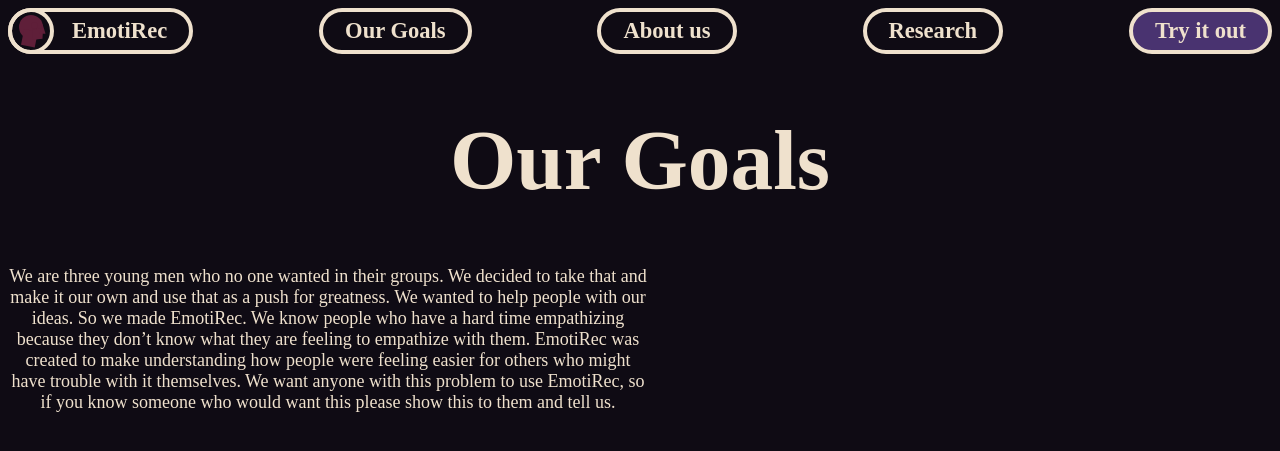
Repository: Backbranch/EmoRecog---Research-Project-2024
Page: Pages/Our_Goals/index.html
An editor plug-in stored every save of this project. The page is shown before and after the next save, followed by the edit.
The browser window is 1280 px wide. The pictures show the whole page.
Some web fonts or font styles are not loaded; a fallback is used.

Above is the page before, as saved 2024-04-11 20:47:01.

### Pages/Our_Goals/index.html
<!DOCTYPE html>
<html>
<head>
    <link rel="stylesheet" href="./style.css" />
    <style>
        @import url('https://fonts.googleapis.com/css2?family=Oxygen+Mono&family=Rufina:wght@400;700&display=swap')
    </style>
</head>
<body>
    <div style = "display: flex; width: 100%; justify-content: space-between;">
        <a href="../" style="text-decoration: none;"><div style="display:flex; width: min-content; height: 38px; background: #0F0B14; border-radius: 26px; border: 4px #EFE1CD solid; text-align:left;"><svg style="margin-top: -4px; margin-left: -4px;" width="46" height="46" viewBox="0 0 46 46" fill="none" xmlns="http://www.w3.org/2000/svg">
          <g id="Component 3">
          <circle id="Ellipse 2" cx="23" cy="23" r="21" stroke="#EFE1CD" stroke-width="4"/>
          <circle id="Ellipse 3" cx="23" cy="19" r="12" fill="#5F1F39"/>
          <rect id="Rectangle 7" x="16.1661" y="21" width="14" height="16" transform="rotate(11.4131 16.1661 21)" fill="#5F1F39"/>
          <path id="Polygon 1" d="M34.9862 20.3098L34.5138 30.8648L24.0138 32.0393L24.4862 21.4844L34.9862 20.3098Z" fill="#5F1F39"/>
          <path id="Polygon 2" d="M34.5 16L37.5311 25.75H31.4689L34.5 16Z" fill="#5F1F39"/>
          <circle id="Ellipse 4" cx="26.5" cy="17.5" r="3.25" fill="#5F1F39" stroke="#5F1F39" stroke-width="0.5"/>
          </g>
          </svg><div style="width: max-content; height: min-content; text-align: center; color: #EFE1CD; font-size: 22.56px; font-family: Rufina; font-weight: 700; align-self: center; margin-left: 18px; margin-right: 22px;">EmotiRec</div></div></a>
          <a href="../Our_Goals" style="text-decoration: none;"><div style="display:flex; width: max-content; height: 38px; background: #0F0B14; border-radius: 26px; border: 4px #EFE1CD solid; text-align:left;"><div style="width: max-content; height: min-content; text-align: center; color: #EFE1CD; font-size: 22.56px; font-family: Rufina; font-weight: 700; align-self: center; margin-left: 22px; margin-right: 22px;">Our Goals</div></div></a>
          <a href="../About_Us" style="text-decoration: none;"><div style="display:flex; width: max-content; height: 38px; background: #0F0B14; border-radius: 26px; border: 4px #EFE1CD solid; text-align:left;"><div style="width: max-content; height: min-content; text-align: center; color: #EFE1CD; font-size: 22.56px; font-family: Rufina; font-weight: 700; align-self: center; margin-left: 22px; margin-right: 22px;">About us</div></div></a>
          <a href="../Research" style="text-decoration: none;"><div style="display:flex; width: max-content; height: 38px; background: #0F0B14; border-radius: 26px; border: 4px #EFE1CD solid; text-align:left;"><div style="width: max-content; height: min-content; text-align: center; color: #EFE1CD; font-size: 22.56px; font-family: Rufina; font-weight: 700; align-self: center; margin-left: 22px; margin-right: 22px;">Research</div></div></a>
          <a href="../EmoRecog_Final" style="text-decoration: none;"><div style="display:flex; width: max-content; height: 38px; background: #493370; border-radius: 26px; border: 4px #EFE1CD solid; text-align:left;"><div style="width: max-content; height: min-content; text-align: center; color: #EFE1CD; font-size: 22.56px; font-family: Rufina; font-weight: 700; align-self: center; margin-left: 22px; margin-right: 22px;">Try it out</div></div></a>
        </div>
        <h1>Our Goals</h1>
        <p>We are three young men who no one wanted in their groups. We decided to take that and make it our own and use that as a push for greatness. We wanted to help people with our ideas. So we made EmotiRec. We know people who have a hard time empathizing because they don’t know what they are feeling to empathize with them. EmotiRec was created to make understanding how people were feeling easier for others who might have trouble with it themselves. We want anyone with this problem to use EmotiRec, so if you know someone who would want this please show this to them and tell us.</p>
            </body>
            </html>

### Pages/Our_Goals/style.css
:root{
  --text: #efe1cd;
  --background: #0f0b14;
  --primary: #493370;
  --secondary: #331b41;
  --accent: #5f1f39;
}

body{
  text-align: center;
  position: relative;
  background: #0F0B14;
  overflow:hidden;
}

h1{
  font-family: 'Rufina', serif;
  font-weight: 700;
  font-size: 64pt;
  color: var(--text);
}

h2{
font-family: 'Rufina', serif;
font-weight: 700;
font-size: 64px;
color: var(--text);
margin: 23px 0 23px;
}

p{
  display: block;
  color: #EFE1CD;
  font-size: 18px;
  font-family: Oxygen Mono;
  font-weight: 400;
  word-wrap: break-word;
  width: 640px;
}

After the next save:
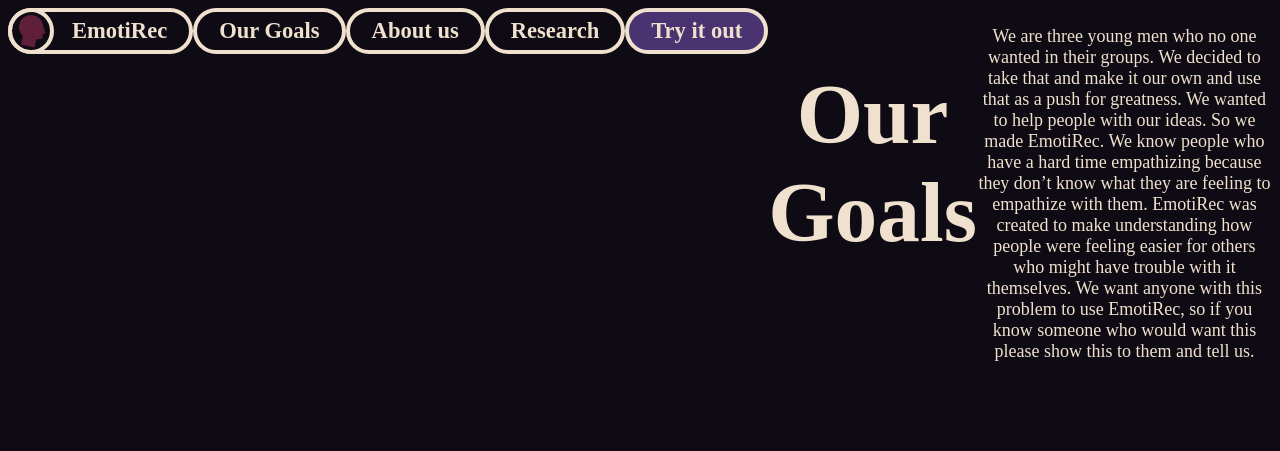
Saved 55 s later.
--- a/Pages/Our_Goals/style.css
+++ b/Pages/Our_Goals/style.css
@@ -7,6 +7,8 @@
 }
 
 body{
+  display: flex;
+  align-content: center;
   text-align: center;
   position: relative;
   background: #0F0B14;

After the save that followed:
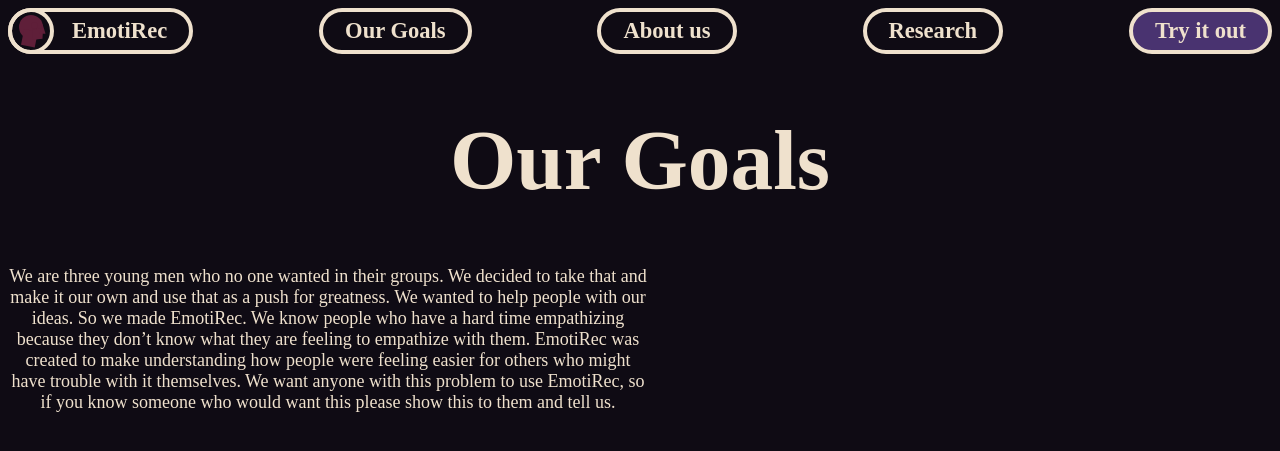
Saved 12 s later.
--- a/Pages/Our_Goals/style.css
+++ b/Pages/Our_Goals/style.css
@@ -7,8 +7,6 @@
 }
 
 body{
-  display: flex;
-  align-content: center;
   text-align: center;
   position: relative;
   background: #0F0B14;
